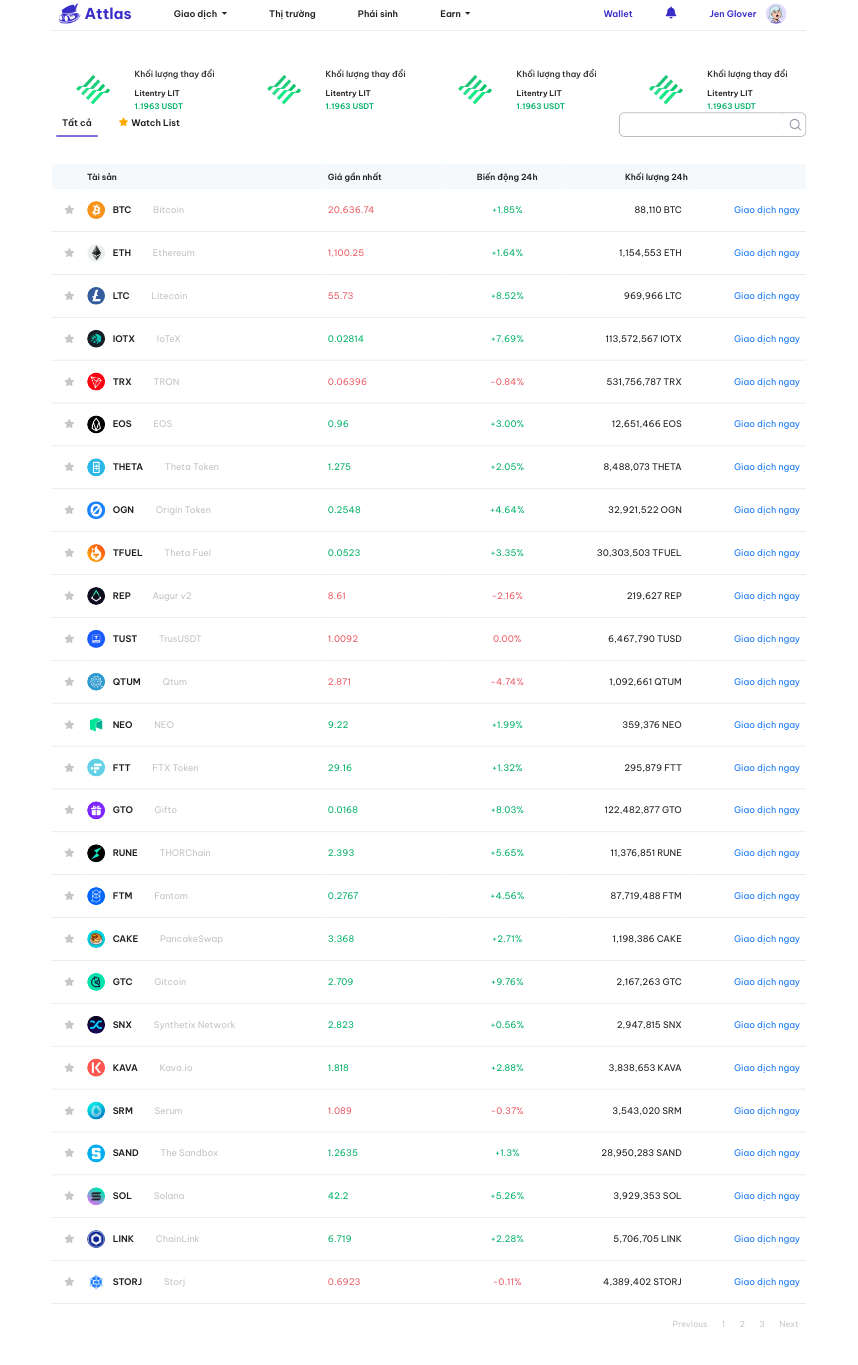
Repository: 1509Long/1509long.github.io
Page: techmaster-test/homepage.html
The author's editor kept a copy of each file at every save. The page is drawn from the files as they stood at one save, then again after the next save.
The browser window is 1280 px wide. The pictures show the whole page, at 67% of full size.

Above is the page before, as saved 2022-07-19 19:35:54.

After the next save:
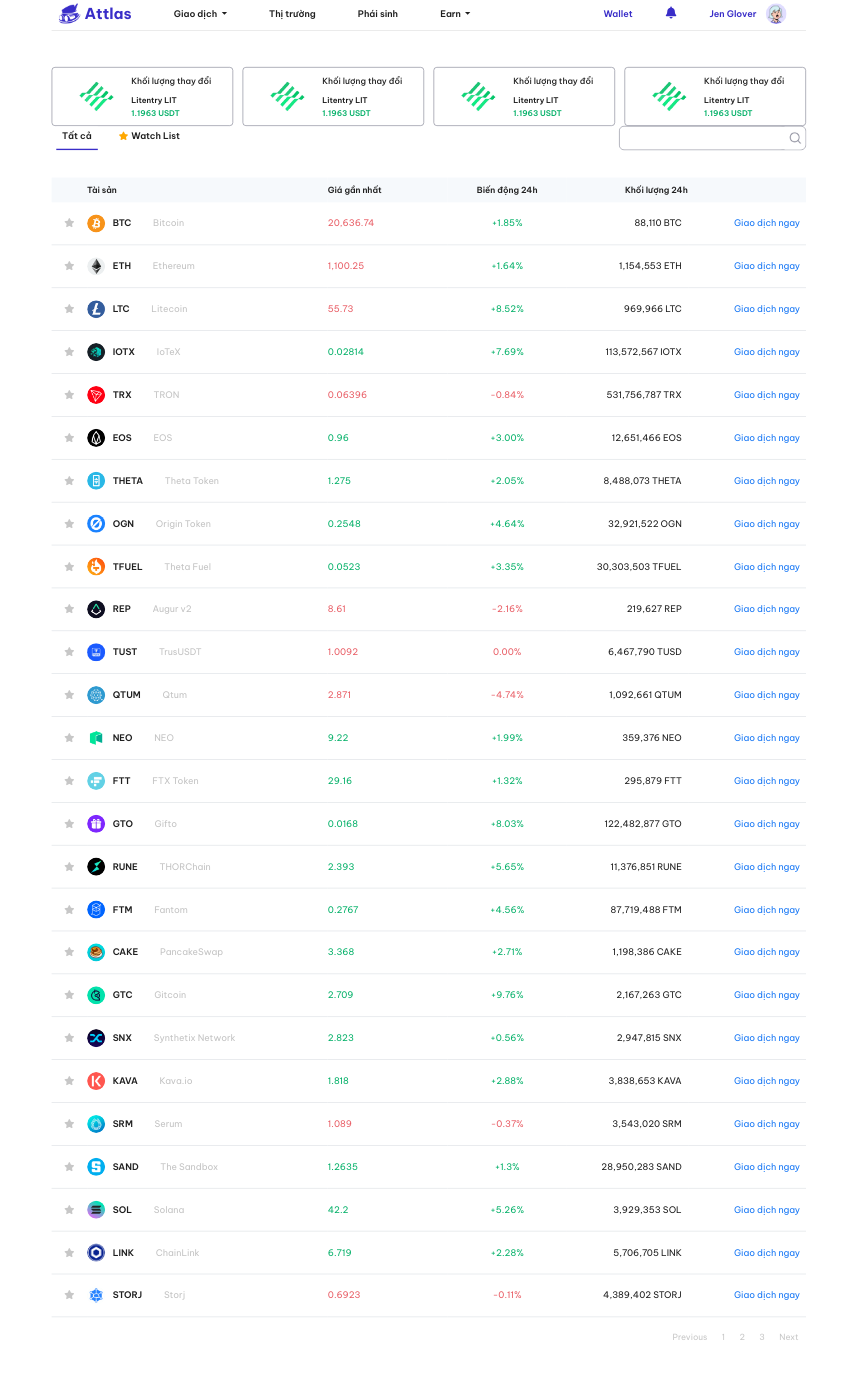
Saved 42 s later.
--- a/techmaster-test/homepage.css
+++ b/techmaster-test/homepage.css
@@ -137,7 +137,7 @@
     margin: 0 0 4.5rem;
 }
 
-.carousel-top-token {
+.carousel-top-token , .box-top-token {
     display: flex;
     justify-content: space-evenly;
     align-items: center;
